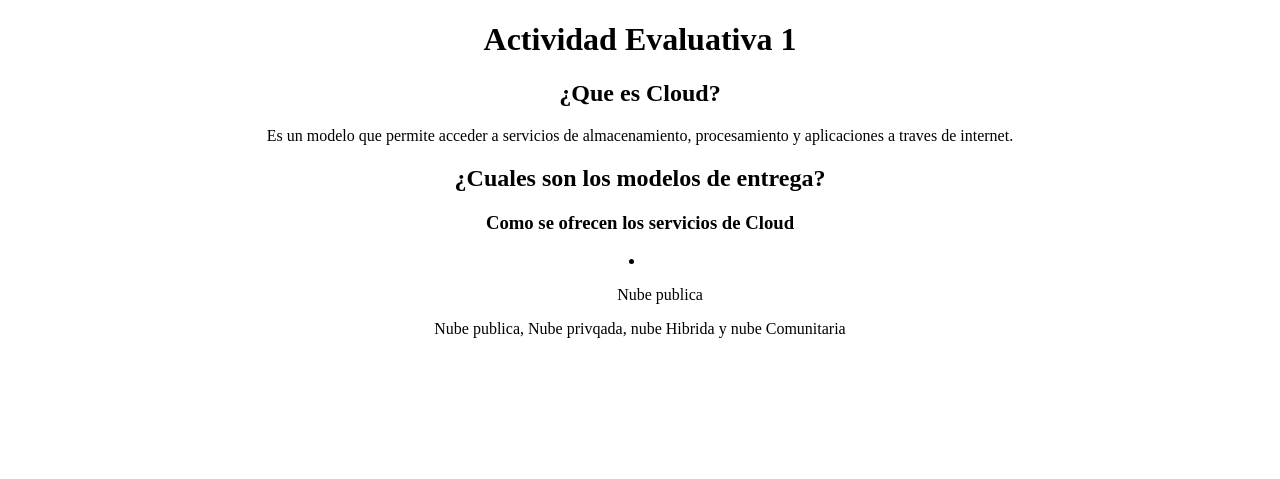
Repository: Laura-Oliveros/Actividad-Evaluativa-1
Page: LauSebas.html
These files come from the project's save history. The page is drawn as it stood at one moment and after the next save; the edit follows.
The browser window is 1280 px wide. The pictures show the whole page.

Above is the page before, as saved 2025-09-04 18:53:09.

After the next save:
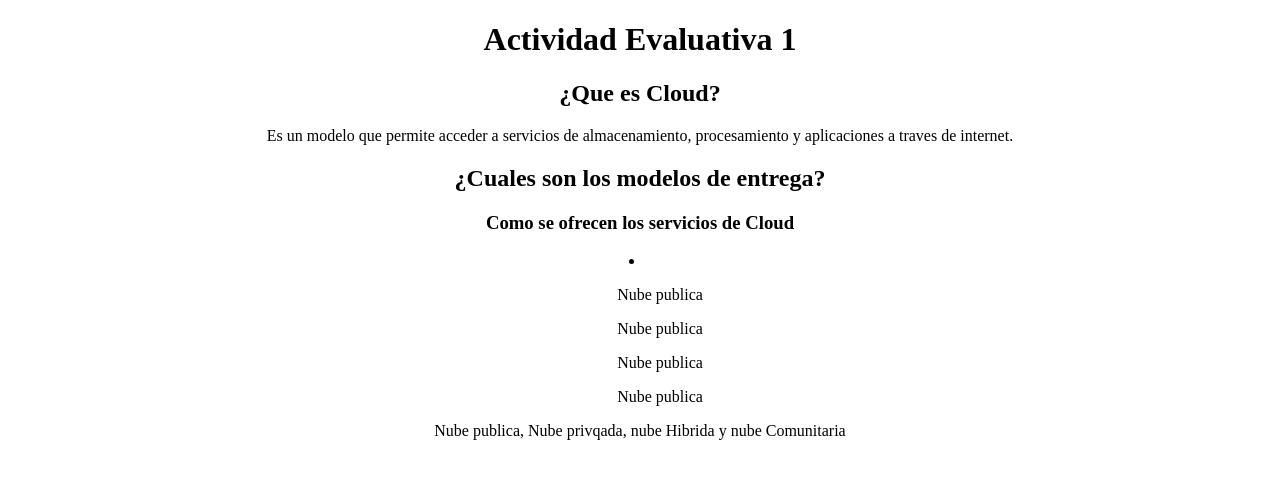
Saved 9 s later.
--- a/LauSebas.html
+++ b/LauSebas.html
@@ -17,6 +17,9 @@
         <h3>Como se ofrecen los servicios de Cloud </h3>
         <li>
             <ul>Nube publica</ul>
+            <ul>Nube publica</ul>
+            <ul>Nube publica</ul>
+            <ul>Nube publica</ul>
         </li>
         <p>Nube publica, Nube privqada, nube Hibrida y nube Comunitaria</p>
 
